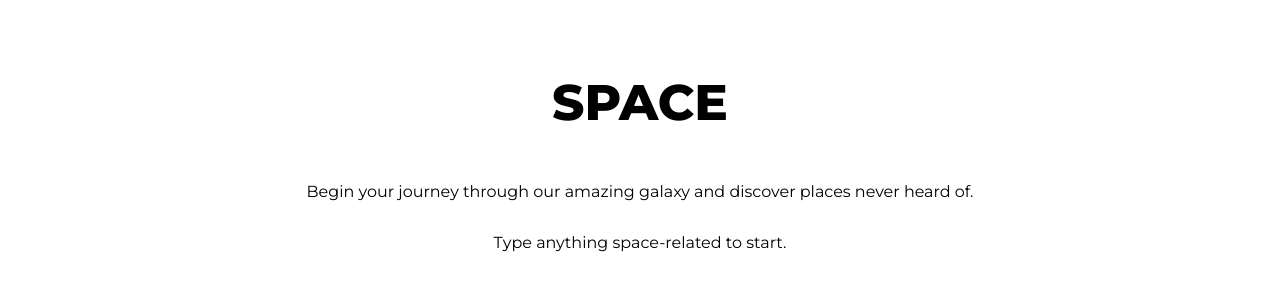
Repository: pmor80/spacer
Page: /
These files come from the project's save history. The page is drawn as it stood at one moment and after the next save; the edit follows.
The browser window is 1280 px wide. The pictures show the whole page.
The project was rebuilt for these pictures with package versions that can differ from the ones it lists, and the page was loaded fresh each time.

Above is the page before, as saved 2019-07-02 15:18:28.

### public/index.html
<!DOCTYPE html>
<html lang="en">
  <head>
    <meta charset="utf-8">
    <meta http-equiv="X-UA-Compatible" content="IE=edge">
    <meta name="viewport" content="width=device-width,initial-scale=1.0">
    <link rel="icon" href="<%= BASE_URL %>favicon.ico">
    <title>spacer</title>
  </head>
  <body>
    <noscript>
      <strong>We're sorry but spacer doesn't work properly without JavaScript enabled. Please enable it to continue.</strong>
    </noscript>
    <div id="app"></div>
    <!-- built files will be auto injected -->
  </body>
</html>

### src/App.vue
<template>
  <div class="app">
    <router-view />
  </div>
</template>

<style lang="scss">
@import url("https://fonts.googleapis.com/css?family=Montserrat:300,400,600,800");

* {
  box-sizing: border-box;
}

body {
  font-family: "Montserrat", sans-serif;
}
</style>

### src/router.js
import Vue from 'vue';
import Router from 'vue-router';
import Search from './views/Search.vue';

Vue.use(Router);

export default new Router({
  mode: 'history',
  base: process.env.BASE_URL,
  routes: [
    {
      path: '/',
      name: 'Search',
      component: Search
    }
  ]
});

### src/views/Search.vue
<template>
  <div class="wrapper">
    <Claim />
    <div class="search">
      <label for="search">Search</label>
      <input id="search" name="search" v-model="searchValue" @input="handleInput" />
    </div>
  </div>
</template>

<script>
import axios from "axios";
import debounce from "lodash.debounce";
import Claim from "@/components/Claim.vue";

const API = "https://images-api.nasa.gov/search";

export default {
  name: "Search",
  components: {
    Claim
  },
  data() {
    return {
      searchValue: "",
      results: []
    };
  },
  methods: {
    handleInput: debounce(function() {
      axios
        .get(`${API}?q=${this.searchValue}&media_type=image`)
        .then(response => {
          this.results = response.data.collection.items;
        })
        .catch(err => {
          console.log(err);
        });
    }, 500)
  }
};
</script>

<style lang="scss" scoped>
.wrapper {
  display: flex;
  flex-direction: column;
  align-items: center;
  margin: 0;
  padding: 30px;
  width: 100%;
}

.search {
  display: none;
  flex-direction: column;
  width: 250px;

  label {
    font-family: Montserrat, sans-serif;
  }

  input {
    height: 30px;
    border: 0;
    border-bottom: 1px solid #000;
  }
}
</style>

### src/components/Claim.vue
<template>
  <div class="claimWrapper">
    <h1 class="claim">SPACE</h1>
    <p
      class="subclaim"
    >Begin your journey through our amazing galaxy and discover places never heard of.</p>
    <p class="subclaim">Type anything space-related to start.</p>
  </div>
</template>

<script>
export default {
  name: "Claim"
};
</script>

<style lang="scss" scoped>
.claimWrapper {
  display: flex;
  flex-direction: column;
  justify-content: center;
  align-items: center;
  text-align: center;
}
.claim {
  font-size: 50px;
}
</style>

Loaded but not shown: src/main.js (common file)

After the next save:
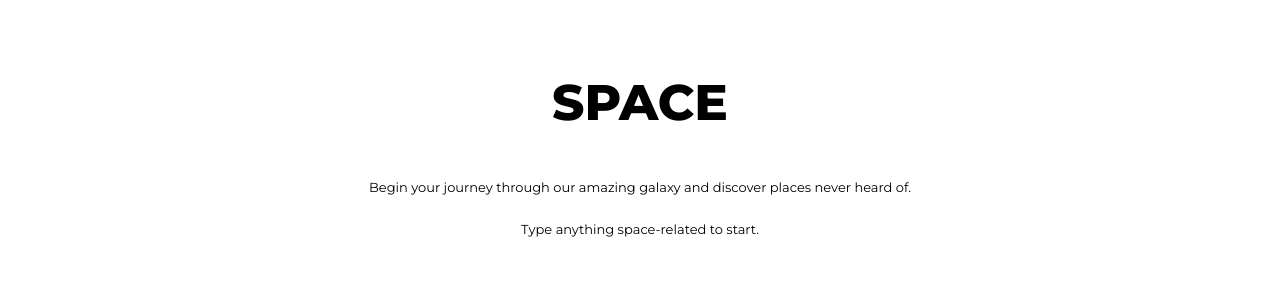
Saved 2 min 32 s later.
--- a/src/components/Claim.vue
+++ b/src/components/Claim.vue
@@ -25,4 +25,8 @@ export default {
 .claim {
   font-size: 50px;
 }
+
+.subclaim {
+  font-size: 13px;
+}
 </style>
